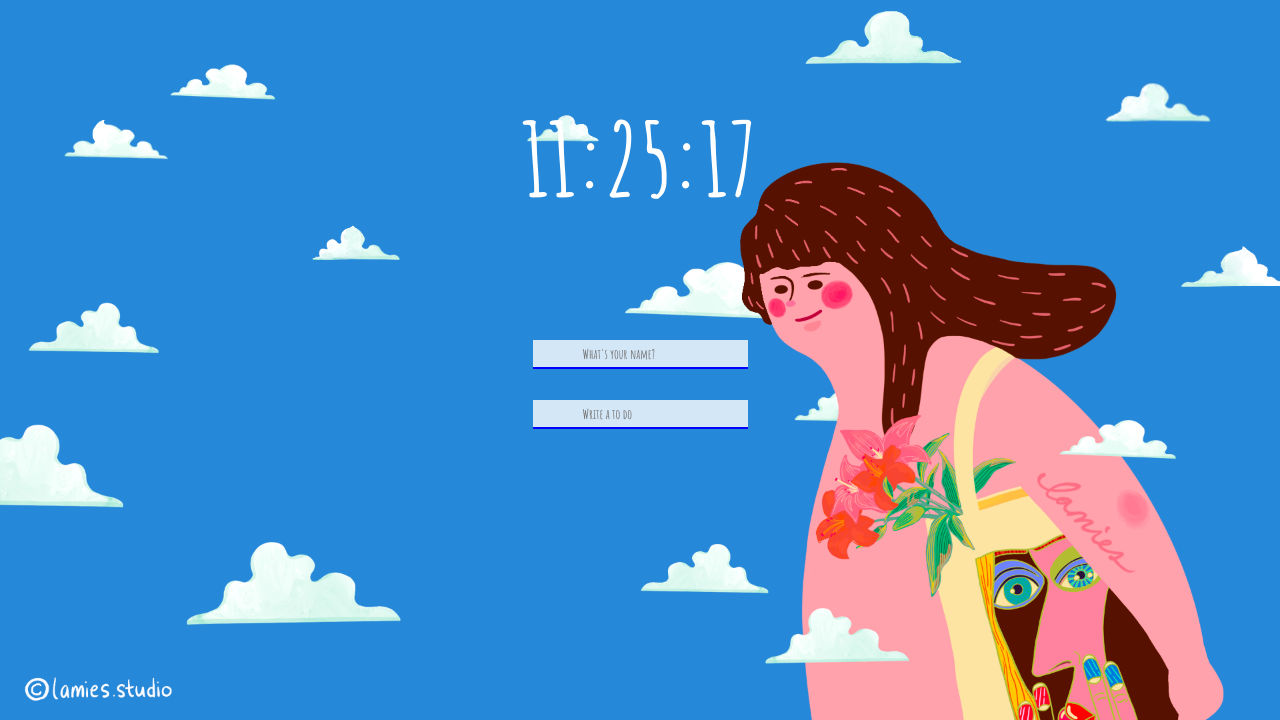
Repository: haleyjung/chrome_app
Page: index.html
The author's editor kept a copy of each file at every save. The page is drawn from the files as they stood at one save, then again after the next save.
The browser window is 1280 px wide. The pictures show the whole page.

Above is the page before, as saved 2020-11-23 15:51:36.

### index.html
<!DOCTYPE html>
<html lang="en">
<head>
    <meta charset="UTF-8" />
    <meta name="viewport" content="width=device-width, initial-scale=1.0">
    <title>Chrome App</title>
    <link rel="stylesheet" href="index.css">
</head>
<body>

    <div>
        <div class="js-clock">
            <h1>00:00</h1>
        </div>
        <div>
            <span class="js-weather"></span>
        </div>
    </div>

    <div class="js-name name"></div>

    <div>
        <form class="js-form form">
            <input type="text" placeholder="What's your name?" />
        </form>
    </div>

    <h4 class="js-greetings greetings"></h4>

    <form class="js-toDoForm">
        <input type="text" placeholder="Write a to do" />
    </form>
    <ul class="js-toDoList">
    </ul>

    <script src="js/clock.js"></script>
    <script src="js/greeting.js"></script>
    <script src="js/todo.js"></script>
    <script src="js/bg.js"></script>
    <script src="js/weather.js"></script>
</body>

### index.css
@import url("https://fonts.googleapis.com/css2?family=Amatic+SC:wght@400;700&display=swap");

* {
  font-family: "Amatic SC", cursive;
  font-weight: 700;
}

body {
  background-color: palevioletred;
  color: white;
  display: flex;
  flex-direction: column;
  justify-content: center;
  align-items: center;
  font-size: 20px;
}

div {
  padding: 10px;
}

.js-clock {
  display: flex;
  justify-content: center;
  align-items: center;
  font-size: 50px;
}

.js-form,
.js-toDoForm {
  background-color: none;
}

.btn {
  cursor: pointer;
}

input {
  border: none;
  outline: none;
  border-bottom: 2px solid blue;
  background-color: rgba(255, 255, 255, 0.8);
  padding: 5px 50px;
}

.form,
.greetings {
  display: none;
}

.showing {
  display: block;
}

@keyframes fadeIn {
  from {
    opacity: 0;
  }
  to {
    opacity: 1;
  }
}

.bgImage {
  position: absolute;
  top: 0;
  left: 0;
  width: 100%;
  height: 100%;
  z-index: -1;
  animation: fadeIn 0.5s linear;
}

### js/clock.js
const clockContainer = document.querySelector(".js-clock"),
    clockTitle = clockContainer.querySelector("h1");

function getTime() {
    const date = new Date();
    const minutes = date.getMinutes();
    const hours = date.getHours();
    const seconds = date.getSeconds();
    clockTitle.innerText = `${hours < 10 ? `0${hours}` : hours}:${
        minutes < 10 ? `0${minutes}` : minutes
    }:${seconds < 10 ? `0${seconds}` : seconds}`;
}

function init() {
    getTime();
    setInterval(getTime, 1000);
}

init();

### js/greeting.js
const nameContainer = document.querySelector(".js-name");

function paintName(name) {
    nameContainer.innerHTML = "";
    const title = document.createElement("span");
    title.className = "name__text";
    title.innerHTML = `Hello ${name}`;
    nameContainer.appendChild(title);
}

function handleSubmit(event) {
    event.preventDefault();
    const form = event.target;
    const input = form.querySelector("input");
    const value = input.value;
    localStorage.setItem("username", value);
    paintName(value);
}

function paintInput() {
    const input = document.createElement("input");
  input.placeholder = "What's your name?";
  input.type = "text";
  input.className = "name__input";
  const form = document.createElement("form");
  form.addEventListener("submit", handleSubmit);
  form.appendChild(input);
  nameContainer.appendChild(form);
}

function loadName(){
    const name = localStorage.getItem("username");
  if (name === null) {
    paintInput();
  } else {
    paintName(name);
  }
}

function init() {
    loadName();
}

init();

### js/todo.js
const toDoForm = document.querySelector(".js-toDoForm"),
    toDoInput = toDoForm.querySelector("input"),
    toDoList = document.querySelector(".js-toDoList");

const TODOS_LS = 'toDos';

let toDos = [];

function deleteToDo(event){
    const btn = event.target;
    const li = btn.parentNode;
    toDoList.removeChild(li);
    const cleanToDos = toDos.filter(function(toDo){
        return toDo.id !== parseInt(li.id);
    });
    toDos = cleanToDos
    saveToDos();
}

function saveToDos(){
    localStorage.setItem(TODOS_LS, JSON.stringify(toDos));
}

function paintToDo(text){
    const li = document.createElement("li");
    const delBtn = document.createElement("button");
    const span = document.createElement("span");
    const newId = toDos.length + 1;
    delBtn.innerText = "❌";
    delBtn.addEventListener("click", deleteToDo);
    span.innerText = text;
    li.appendChild(delBtn);
    li.appendChild(span);
    li.id = newId;
    toDoList.appendChild(li);
    const toDoObj = {
        text: text,
        id: newId
    };
    toDos.push(toDoObj);
    saveToDos();
}

function handleSubmit(event){
    event.preventDefault();
    const currentValue = toDoInput.value;
    paintToDo(currentValue);
    toDoInput.value = "";
}

function loadToDos() {
    const loadedToDos = localStorage.getItem(TODOS_LS);
    if(loadedToDos !== null){
        const parsedToDos = JSON.parse(loadedToDos);
        parsedToDos.forEach(function(toDo){
            paintToDo(toDo.text);
        });
    }
}

function init() {
    loadToDos();
    toDoForm.addEventListener("submit", handleSubmit)
}

init();

### js/bg.js
const body = document.querySelector("body");

const IMG_NUMBER = 4;

// If loading images from API, include the functions in these comments:
// function handleImgLoad(){
//     console.log('finished loading');
// }

function paintImage(imgNumber){
    const image = new Image();
    image.src = `/img/lamiesstudio-${imgNumber + 1}.png`;
    image.classList.add('bgImage');
    body.prepend(image);
    // image.addEventListener("loadend", handleImgLoad);
}

function genRandom(){
    const number = Math.floor(Math.random() * IMG_NUMBER);
    return number;
}

function init(){
    const randomNumber = genRandom();
    paintImage(randomNumber)
}

init();

### js/weather.js
const weather = document.querySelector(".js-weather");

const API_KEY = "1706261ffc689a5d0ffe73f0d2f8a925";
const COORDS = "coords";

function getWeather(lat, lng){
    fetch(`https://api.openweathermap.org/data/2.5/weather?lat=${lat}&lon=${lng}&appid=${API_KEY}&units=metric`
    ).then(function(response){
        return response.json();
    })
        .then(function(json){
        const temperature = json.main.temp;
        const place = json.name;
        weather.innerText = `${temperature} @ ${place}`;
    });
}

function saveCoords(coordsObj){
    localStorage.setItem(COORDS, JSON.stringify(coordsObj));
}

function handleGeoSuccess(position){
    const latitude = position.coords.latitude;
    const longitude = position.coords.longitude;
    const coordsObj = {
        latitude,
        longitude
    };
    saveCoords(coordsObj);
    getWeather(latitude, longitude);
}

function handleGeoError(){
    console.log('Cant access geo location');
}

function askForCoords(){
    navigator.geolocation.getCurrentPosition(handleGeoSuccess, handleGeoError);
}

function loadCoords(){
    const loadedCoords = localStorage.getItem(COORDS);
    if(loadedCoords === null){
        askForCoords();
    } else {
        const parsedCoords = JSON.parse(loadedCoords);
        getWeather(parsedCoords.latitude, parsedCoords.longitude);
    }
}

function init(){
    loadCoords();
}

init();

After the next save:
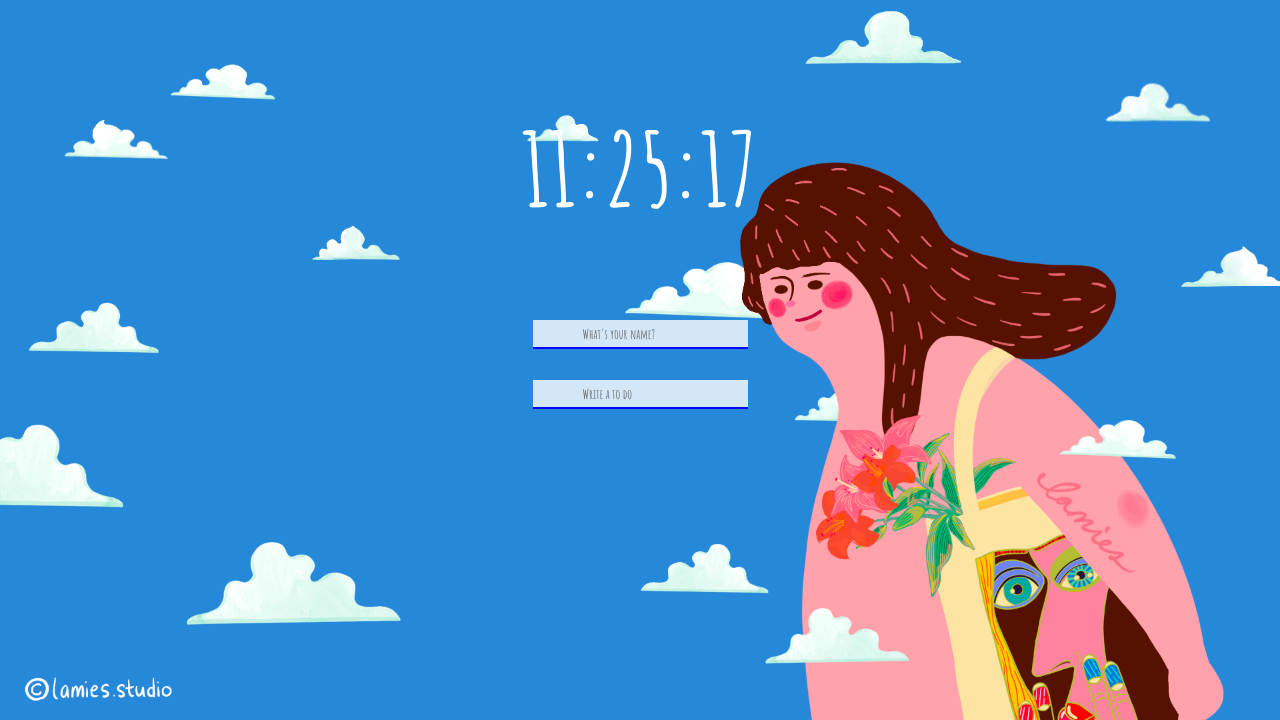
Saved 41 s later.
--- a/index.html
+++ b/index.html
@@ -9,13 +9,13 @@
 <body>
 
     <div>
+        <span class="js-weather"></span>
+    </div>
+
         <div class="js-clock">
             <h1>00:00</h1>
         </div>
-        <div>
-            <span class="js-weather"></span>
-        </div>
-    </div>
+
 
     <div class="js-name name"></div>
 
